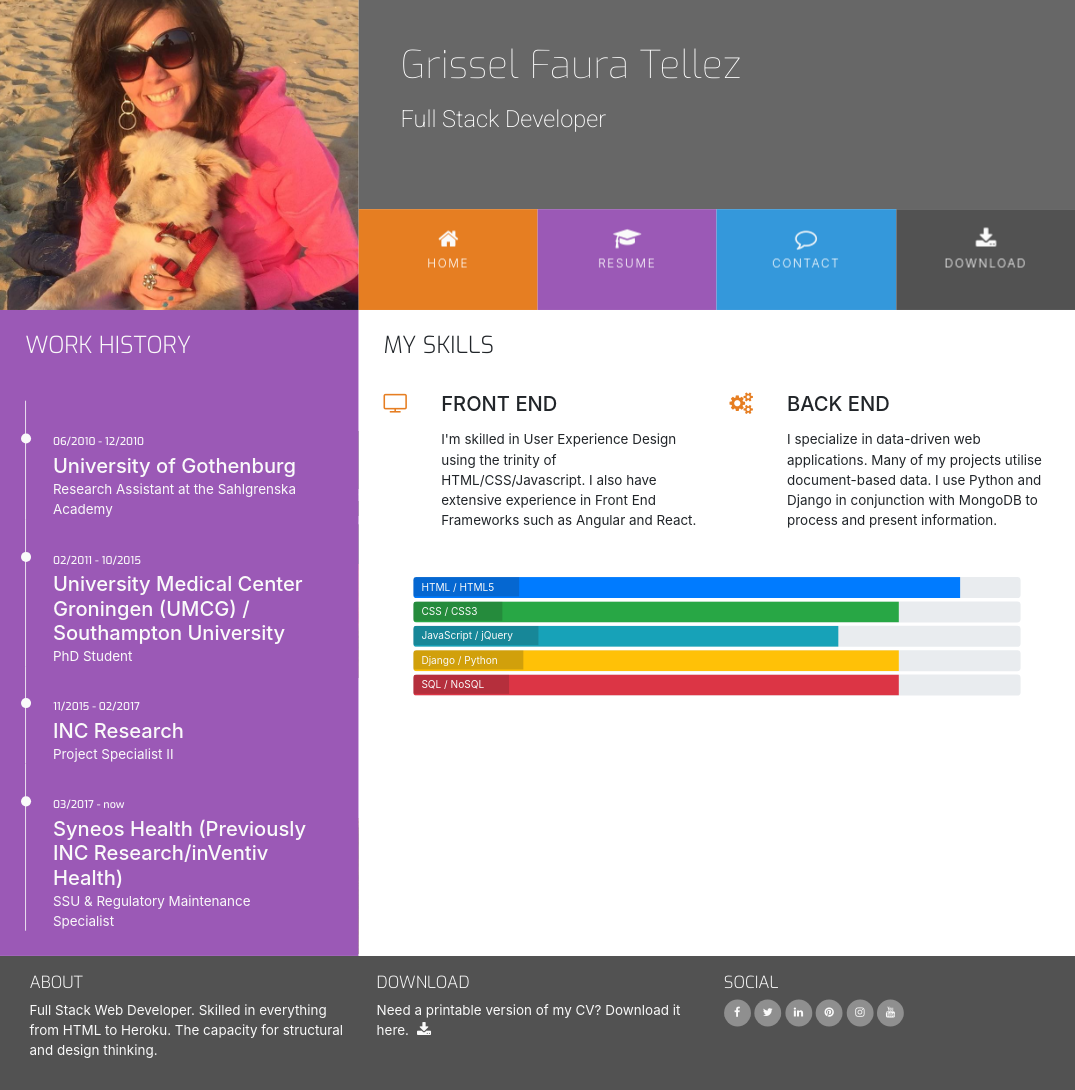
Repository: grisselfaura/Resume-Project-Introduction
Page: resume.html
The author's editor kept a record of every edit. The page is drawn from the files as they stood at one moment, then again after the next edit.
The browser window is 1280 px wide. The pictures show the whole page, at 84% of full size.

Above is the page before.

After the next edit:
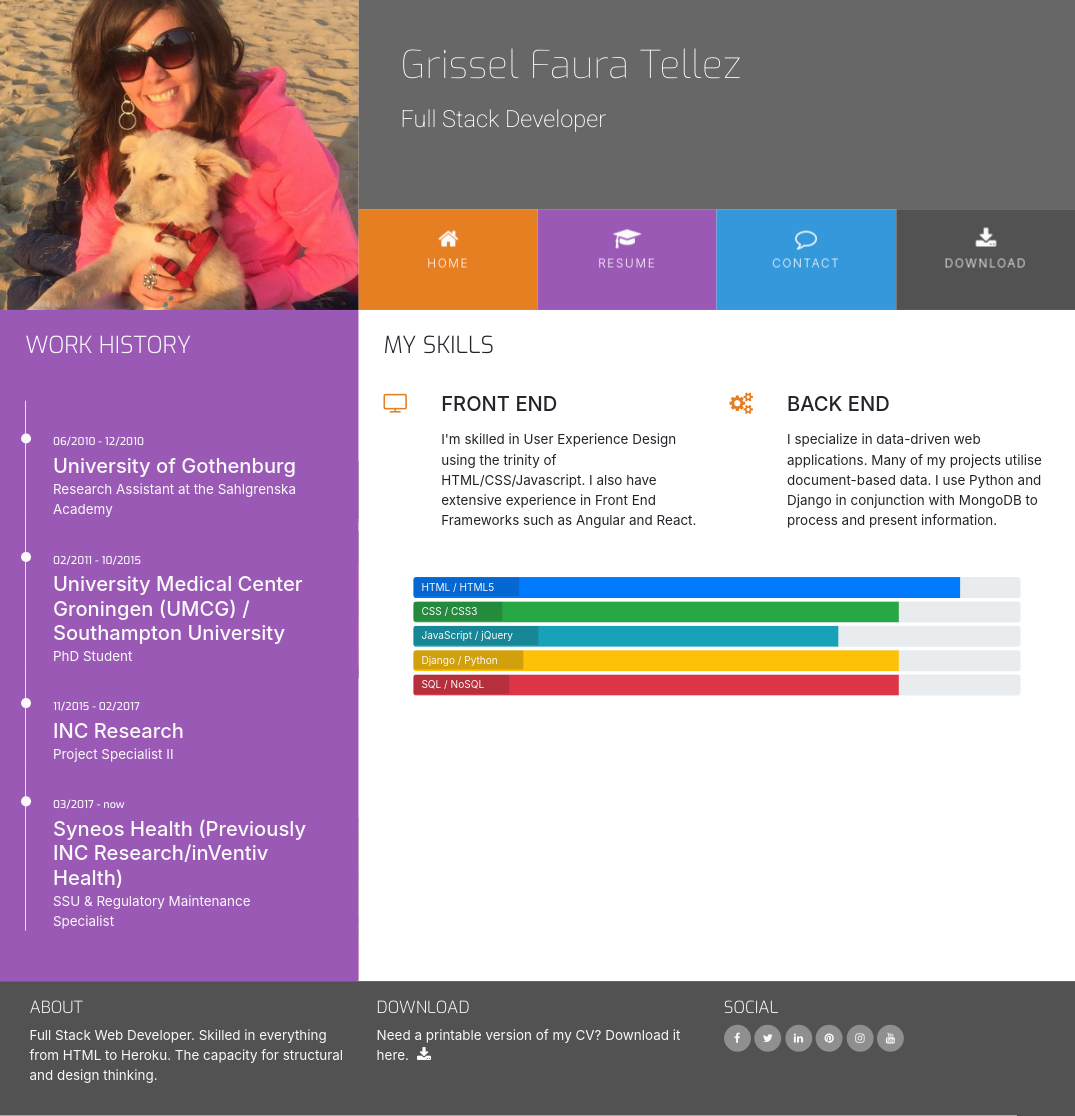
The edit:
--- a/assets/CSS/style.css
+++ b/assets/CSS/style.css
@@ -324,3 +324,7 @@
     content: '';
     background: #fafafa;
 }
+
+.history-items {
+    margin-bottom: 30px;
+}
